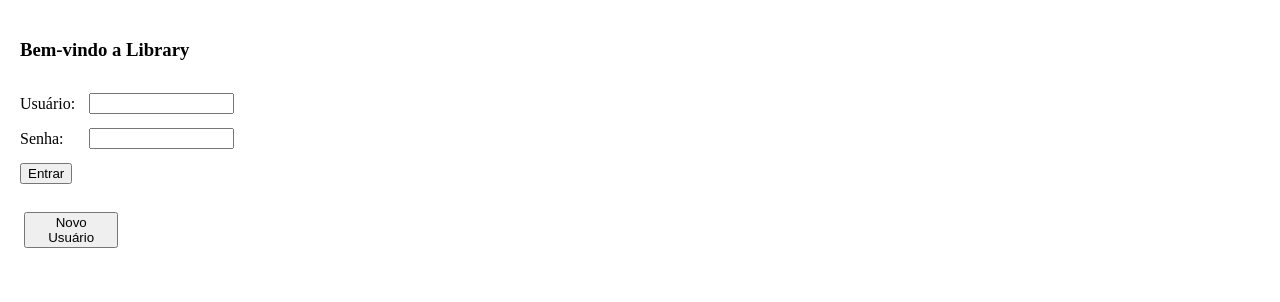
Repository: lmsmorais/ProjectEpiousion
Page: http://localhost/LibraryProject/
The author's editor kept a copy of each file at every save. The page is drawn from the files as they stood at one save, then again after the next save.
The browser window is 1280 px wide. The pictures show the whole page.
The page is served by Tomcat 9. Other server files are loaded and not shown.

Above is the page before, as saved 2020-11-11 20:42:10.

### LibraryProject/WebContent/index.jsp
<%@ page language="java" contentType="text/html; charset=ISO-8859-1"
    pageEncoding="ISO-8859-1"%>
<!DOCTYPE html>
<html>
<head>
<meta charset="ISO-8859-1">
<title>Login</title>
	</head>
	<body>
		<form method="post" action='${pageContext.request.contextPath}/Login'>
			<table cellspacing="10" cellpadding="2" width="5%">
				<tr>
					<td colspan="2">
						<h3> Bem-vindo a Library</h3>
							<p>
					</td>
				</tr>
				<tr>
					<td>Usuário:</td>
					<td><input type="text" name="username" size="15"/></td>
				</tr>
				<tr>
					<td>Senha:</td>
					<td><input type="password" name="password" size="15"/></td>
				</tr>
				<tr>
					<td><button type="submit">Entrar</button></td>
				</tr>

			</table>
		</form>
		<form method="post" action='${pageContext.request.contextPath}/Login'>
		<table cellspacing="15" cellpadding="1" width="10%">
			<tr>
				<td><button type="submit">Novo Usuário</button></td>
			</tr>
		</table>
		</form>
	</body>
</html>

After the next save:
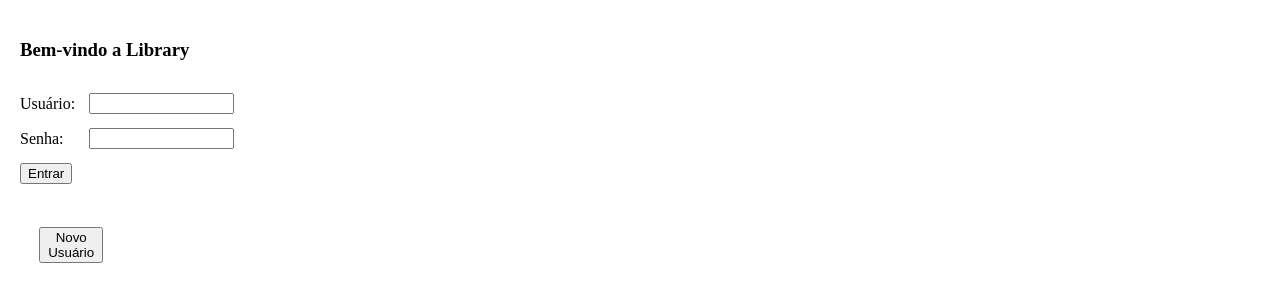
Saved 6 s later.
--- a/LibraryProject/WebContent/index.jsp
+++ b/LibraryProject/WebContent/index.jsp
@@ -30,7 +30,7 @@
 			</table>
 		</form>
 		<form method="post" action='${pageContext.request.contextPath}/Login'>
-		<table cellspacing="15" cellpadding="1" width="10%">
+		<table cellspacing="30" cellpadding="1" width="10%">
 			<tr>
 				<td><button type="submit">Novo Usuário</button></td>
 			</tr>
